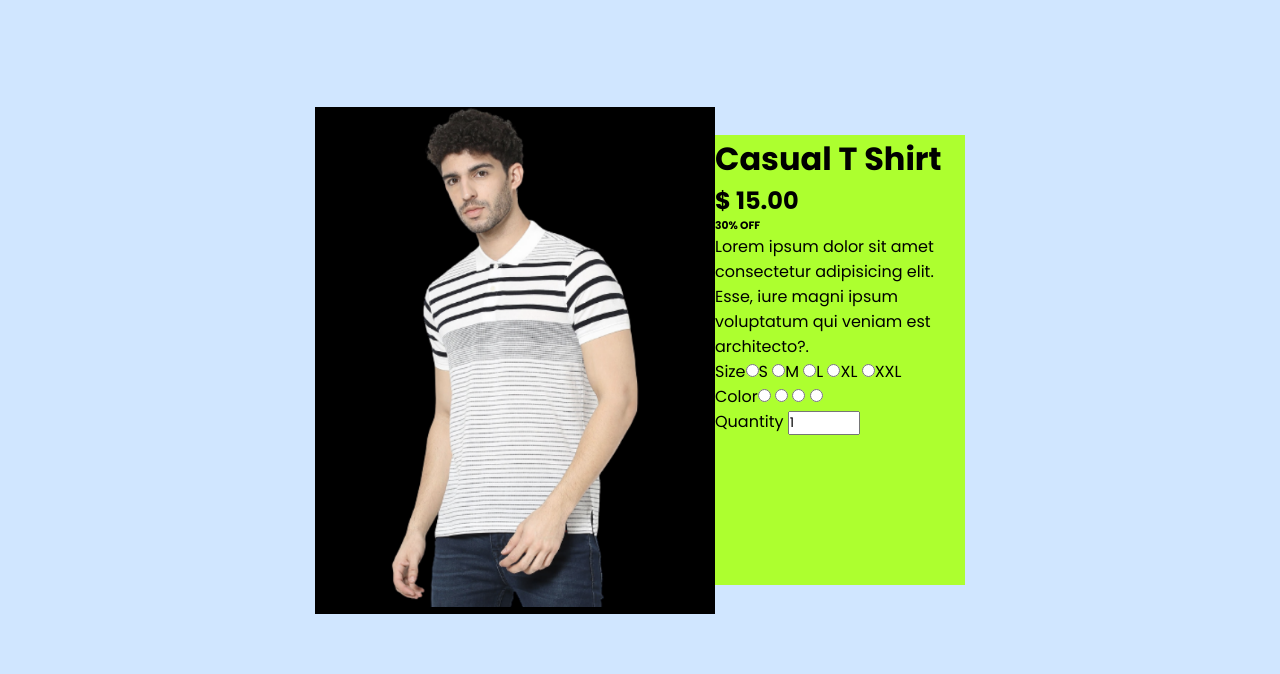
Repository: Ankitkr2021/Product-Page
Page: index.html
The author's editor kept a copy of each file at every save. The page is drawn from the files as they stood at one save, then again after the next save.
The browser window is 1280 px wide. The pictures show the whole page.

Above is the page before, as saved 2025-10-24 10:46:56.

After the next save:
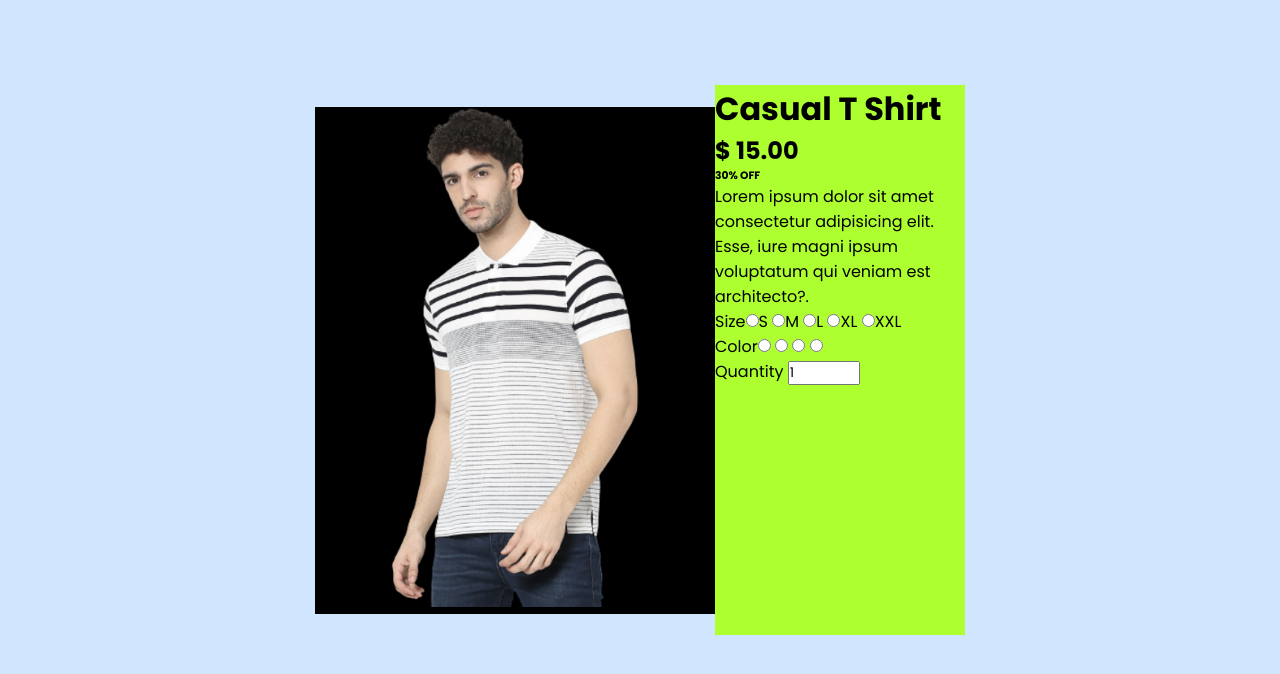
Saved 15 s later.
--- a/style.css
+++ b/style.css
@@ -26,7 +26,7 @@
 }
 
 .right{
-    height: 450px;
+    height: 550px;
     width: 250px;
     background: greenyellow;
 

After the save that followed:
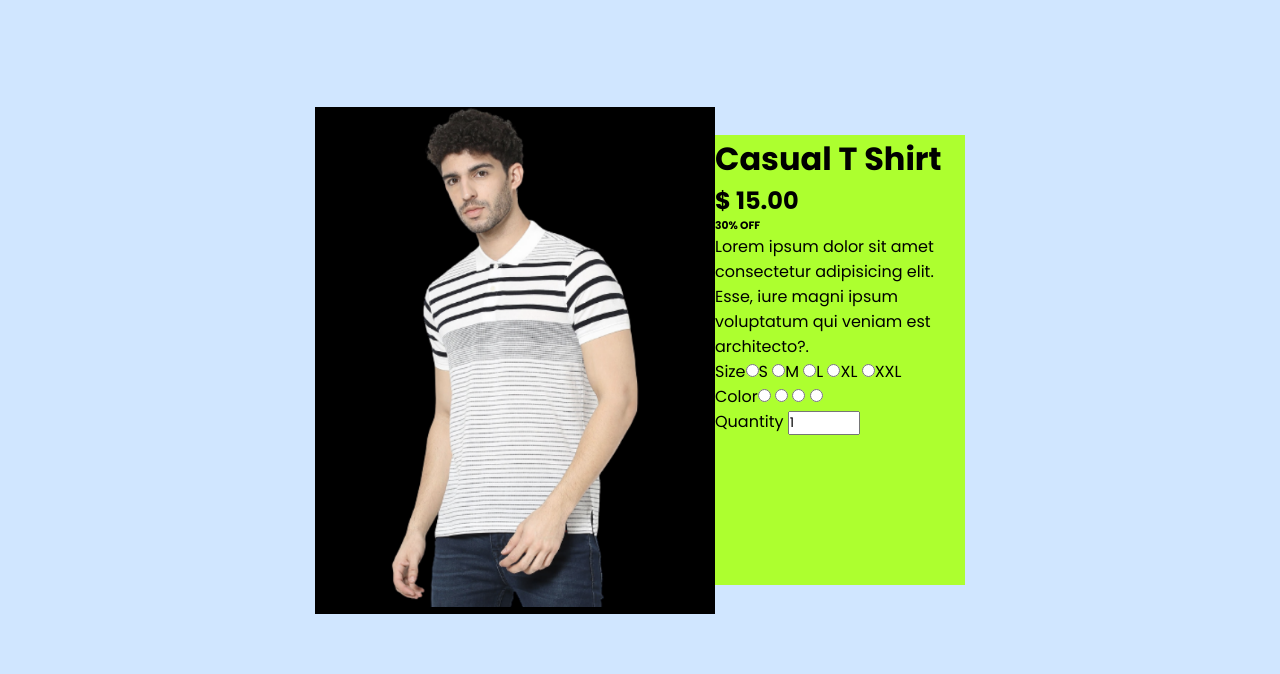
Saved 4 s later.
--- a/style.css
+++ b/style.css
@@ -26,7 +26,7 @@
 }
 
 .right{
-    height: 550px;
+    height: 450px;
     width: 250px;
     background: greenyellow;
 
